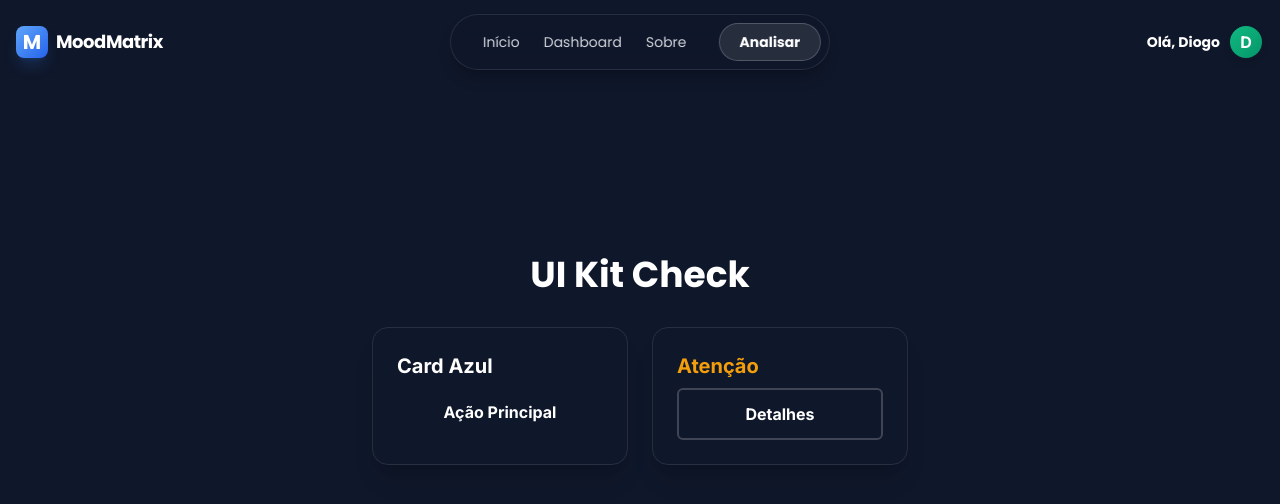
Repository: Hackaton-ONE/hackathon-Frontend
Page: /
These files come from the project's save history. The page is drawn as it stood at one moment and after the next save; the edit follows.
The browser window is 1280 px wide. The pictures show the whole page.
The project was rebuilt for these pictures with package versions that can differ from the ones it lists, and the page was loaded fresh each time. The framework's server and built-in components were replaced by stand-ins that run in the browser. Also part of the build but not shown: next.config.ts.

Above is the page before, as saved 2026-01-01 15:20:24.

After the next save:
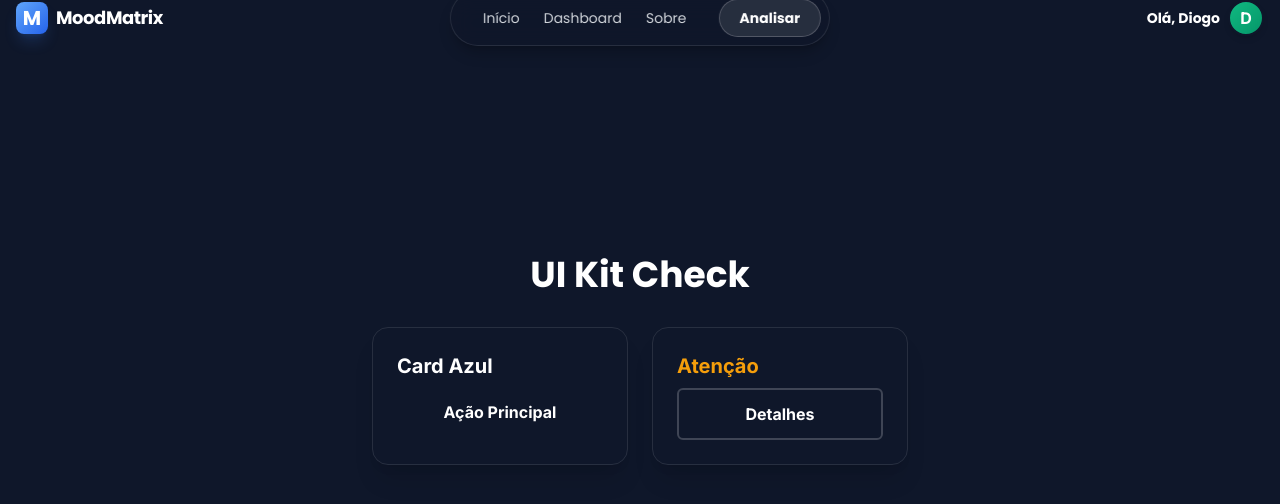
Saved 24 s later.
--- a/components/Navbar.tsx
+++ b/components/Navbar.tsx
@@ -20,7 +20,7 @@ export function Navbar() {
 
   return (
     // Container Principal (Largura Total)
-    <div className="fixed top-50 left-0 w-full z-50 px-4 py-6">
+    <div className="fixed top-50 left-0 w-full z-50 px-4 py-50">
       <div className="max-w-7xl mx-auto relative flex items-center justify-between">
 
         {/* =======================
